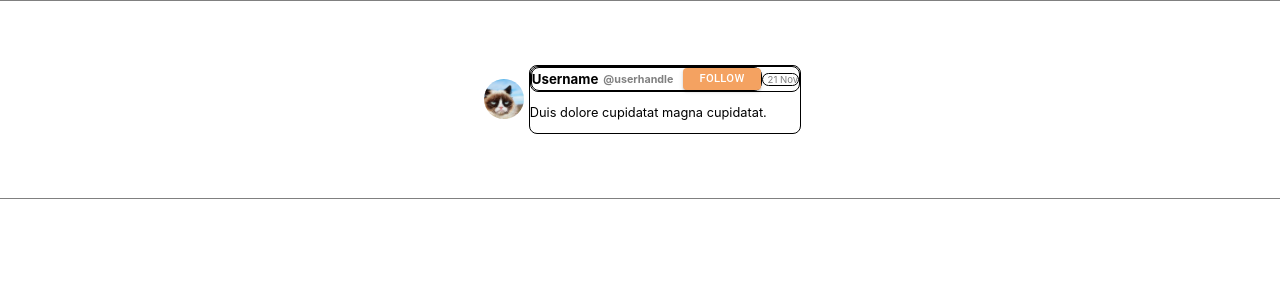
Repository: SeanHLam/comp_orange_client
Page: /comps/tweet (app in orangeapp/)
An editor plug-in stored every save of this project. The page is shown before and after a run of saves, followed by the edit.
The browser window is 1280 px wide. The pictures show the whole page.
The project was rebuilt for these pictures with package versions that can differ from the ones it lists, and the page was loaded fresh each time. The framework's server and built-in components were replaced by stand-ins that run in the browser. Also part of the build but not shown: orangeapp/next.config.js.

Above is the page before, as saved 2022-11-21 16:03:29.

### orangeapp/pages/comps/tweet.js
import React from 'react'
import { FlexBox } from '../../styles/globals'
import { Avatar, Button, Grid } from '@mui/material'
import { useState, useEffect } from "react"

export default function TweetComp() {

    const [follow, setFollow] = useState(false);


  return (
    <FlexBox
        style={{
            width: '100%',
            borderRadius: 0,
            border: 'solid grey .5px',
            borderRightWidth: 0,
            borderLeftWidth:0
        }}
    >
{/* Avatar Area */}
      <Grid item xs={2}>
        <Avatar
            style={{
                marginRight: 0
            }}
            src='/static/grumpycat.jpeg'></Avatar>
      </Grid>
{/* username, handle, date and tweet area */}
      <Grid item xs={10}>
        <FlexBox dir='column'
            style={{
                width: '100%',
                padding: 0,
                marginLeft: 5
            }}>
            <FlexBox
                style={{
                    width: '100%',
                    padding: 0,
                    justifyContent: 'flex-start'
                }}>
{/* Div for username, handle and date */}
                <FlexBox
                 style={{
                    width: '100%',
                    padding: 0,
                    justifyContent: 'flex-start'
                }}
                >
                {/* Username */}
                <h5
                    style={{
                        padding:0,
                        margin: 0
                    }}
                >Username</h5>
                {/* Userhandle */}
                <h6
                 style={{
                    padding:0,
                    margin: 0,
                    marginLeft: 5,
                    color: 'grey'
                }}>@userhandle</h6>
                <Button
                    variant="contained"
                    style={{
                        backgroundColor: '#f4a261',
                        width: "fit-content",
                        height: "2em",
                        marginLeft: 10,
                        fontSize: ".7em"
                    }}
                >Follow</Button>
                </FlexBox>
                <FlexBox
                     style={{
                        width: '100%',
                        padding: 0,
                        justifyContent: 'flex-end'
                    }}
                >
                     {/* Date */}
                    <p
                    style={{
                        padding:0,
                        margin: 0,
                        fontSize: '.6em',
                        color: 'grey',
                    }}>21 Nov</p>
                </FlexBox>
            </FlexBox>
            <p
                style={{
                    fontSize: '.8em',
                    alignSelf: 'flex-start',
                }}
            >Duis dolore cupidatat magna cupidatat.</p>
        </FlexBox>
      </Grid>
    </FlexBox>
  )
}

### orangeapp/styles/globals.js
import styled from 'styled-components';

// Reusuable Flexbox div
export const FlexBox = styled.div`
justify-content:center;
align-items:center;
border-radius: .5em;
display:flex;
flex-direction:${props=>props.dir || "row"};
background-color:${props=>props.color || "white"};
color: black;
opacity: 1;
padding: 5%;
border: 1px solid black;
`

// Reusuable Wrapper for all the pages
export const Wrapper = styled.div`
width:80%;
height:100%;
display:flex;
justify-content:center;
align-items:flex-start;
padding: 5%;
background-color: #F8C8A0;
`
// Reusuable Background for all the pages
export const BackGround = styled.div`
width:100vw;
height:100vh;
display:flex;
justify-content:center;
align-items:center;
background-color:#f4a261;
`

Loaded but not shown: orangeapp/pages/_app.js (common file); orangeapp/styles/globals.css (common file)

After the next 2 saves:
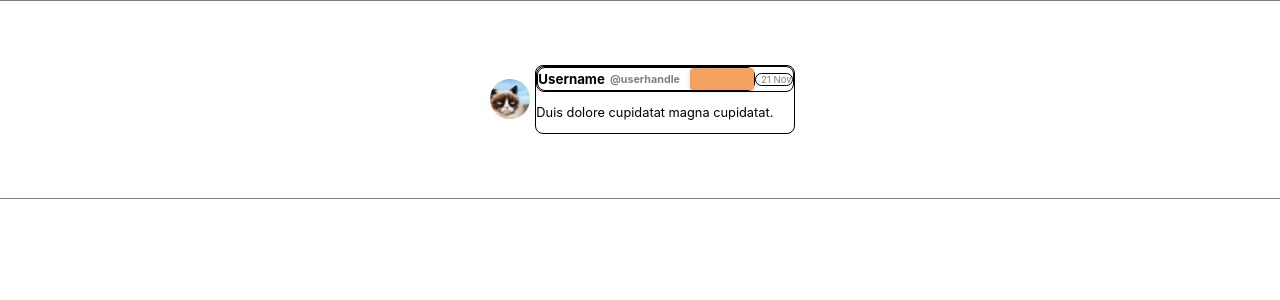
The 2 saves are shown as one change because they came seconds apart.
The last was saved 11 s later.
--- a/orangeapp/pages/comps/tweet.js
+++ b/orangeapp/pages/comps/tweet.js
@@ -72,7 +72,7 @@ export default function TweetComp() {
                         marginLeft: 10,
                         fontSize: ".7em"
                     }}
-                >Follow</Button>
+                >{follow}</Button>
                 </FlexBox>
                 <FlexBox
                      style={{
